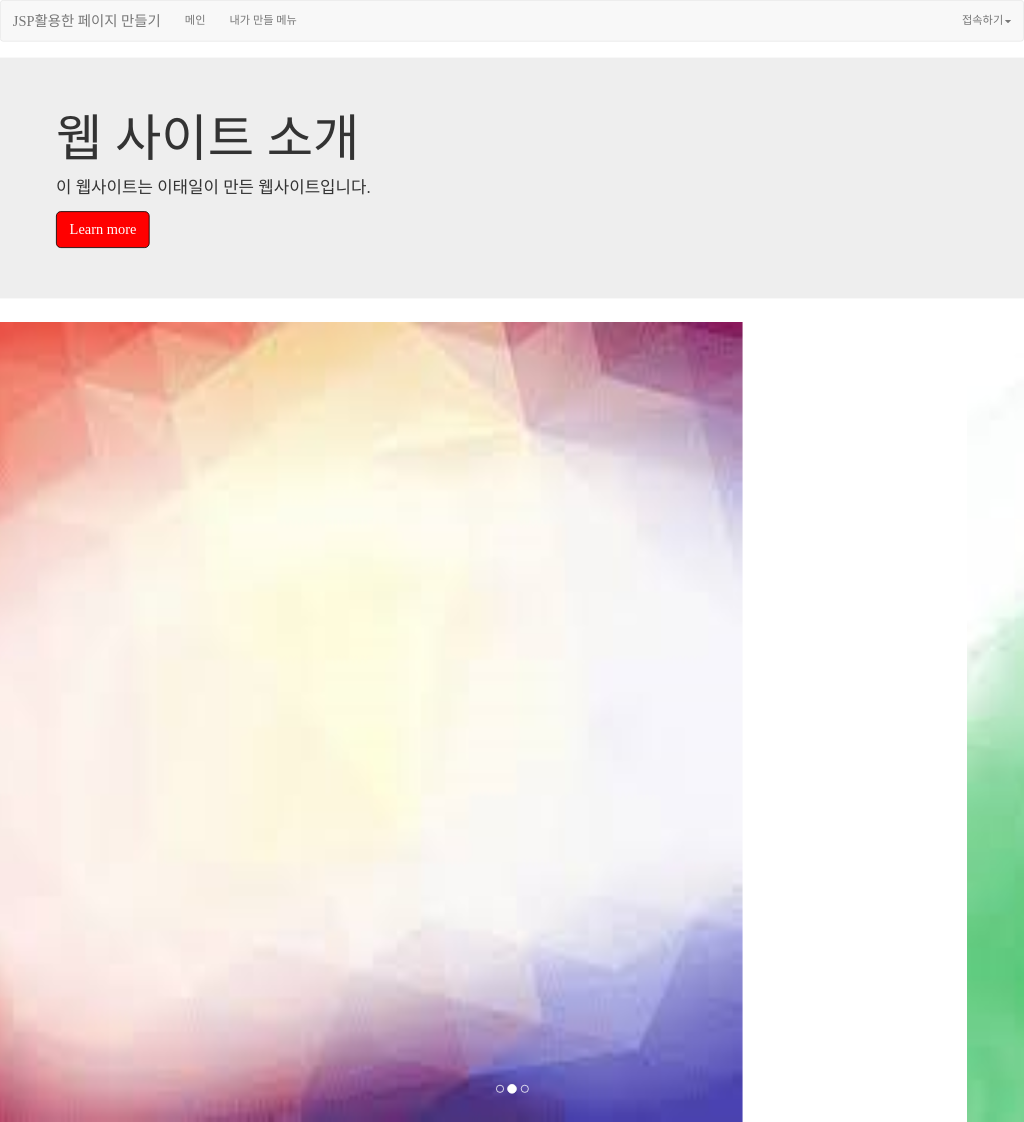
Repository: taeillee1/Newstudy
Page: http://localhost/SpringMVCJava/WEB-INF/views/mainpage.jsp
These files come from the project's save history. The page is drawn as it stood at one moment and after the next save; the edit follows.
The browser window is 1280 px wide. The pictures show the whole page, at 80% of full size.
Some web fonts or font styles are not loaded; a fallback is used. Some web libraries are served in a nearby version. The page is served by Tomcat 9. Nobody is signed in. The template is opened directly, without the code that normally fills it, so the values that code supplies are empty.

Above is the page before, as saved 2022-01-08 10:30:39.

After the next save:
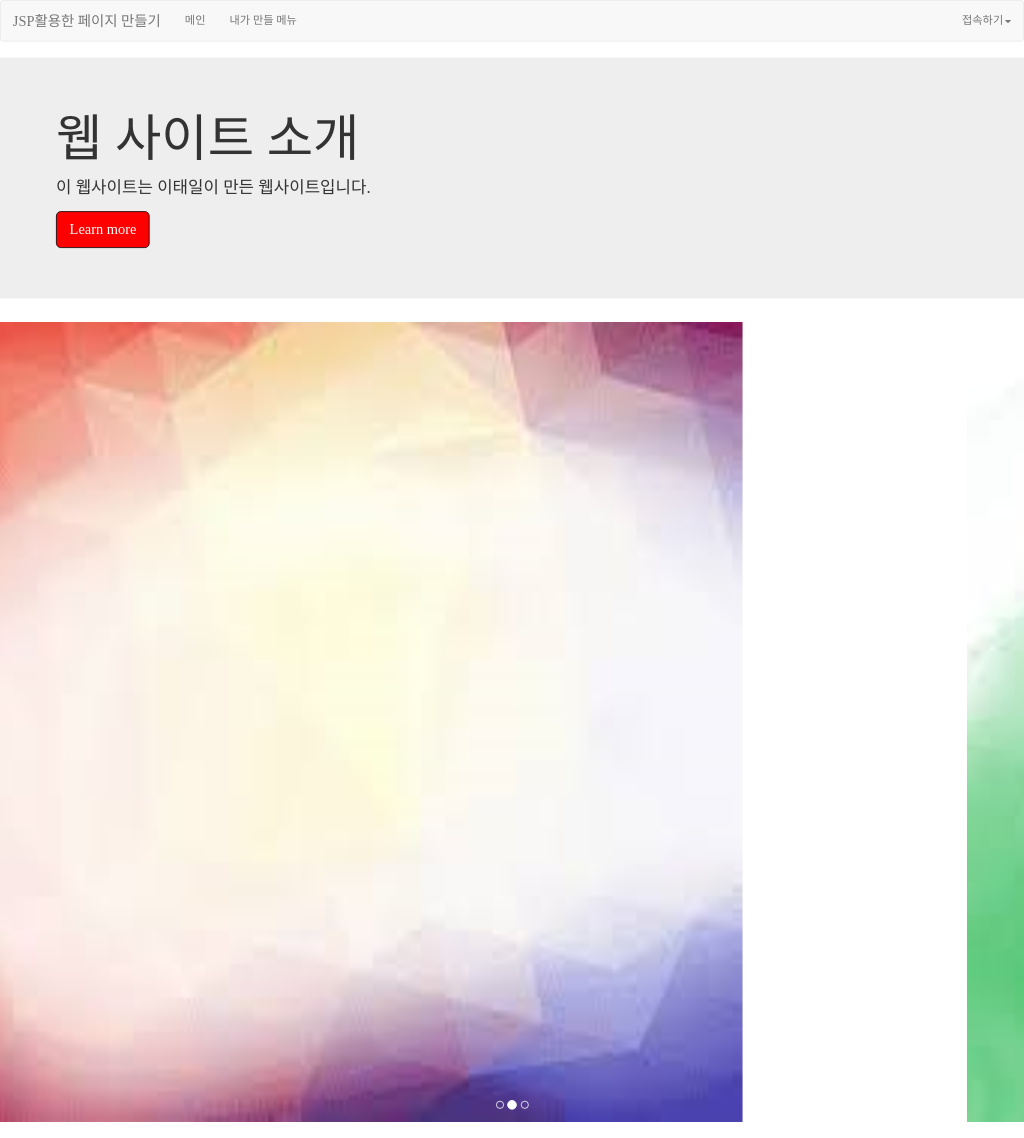
Saved 117 s later.
--- a/Newpage/SpringMVCJava/src/main/webapp/WEB-INF/views/mainpage.jsp
+++ b/Newpage/SpringMVCJava/src/main/webapp/WEB-INF/views/mainpage.jsp
@@ -98,11 +98,11 @@
 			    </div>
 		  </div>
 		  <a class="left control-prev" href="#MyCarousel" role="button" data-slide="prev">
-			    <span class="carousel-control-prev-icon"></span>
+			    <span class="glyphicon-chevron-left"></span>
 
 		  </a>
 		  <a class="right control-next" href="#MyCarousel" role="button" data-slide="next">
-			    <span class="carousel-control-next-icon"></span>
+			    <span class="glyphicon-chevron-right"></span>
 
 		  </a>
 	</div>
